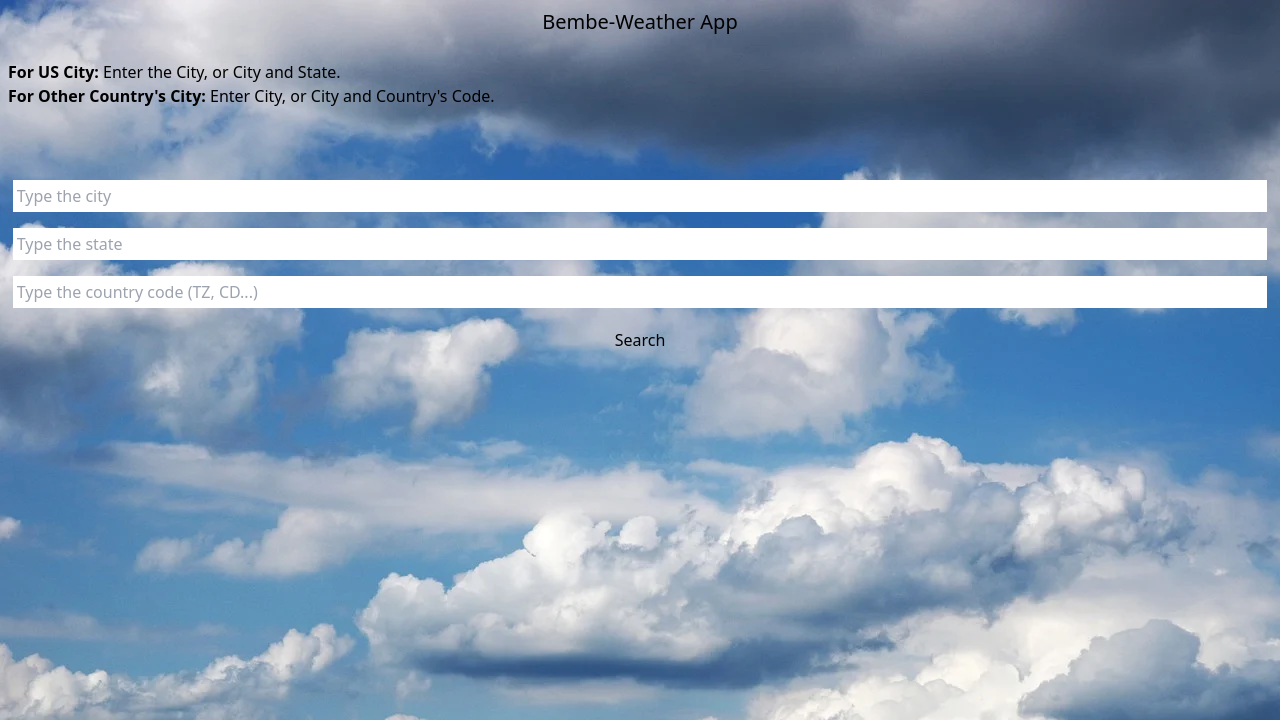
Repository: ShindanoSingi/bembe-weather
Page: /
The author's editor kept a copy of each file at every save. The page is drawn from the files as they stood at one save, then again after the next save.
The browser window is 1280 px wide. The pictures show the whole page.
The page's requests for data from a server got no answer. The project was rebuilt for these pictures with package versions that can differ from the ones it lists, and the page was loaded fresh each time. No one was signed in, and anything a server would have sent is missing.

Above is the page before, as saved 2022-09-14 03:25:05.

After the next save:
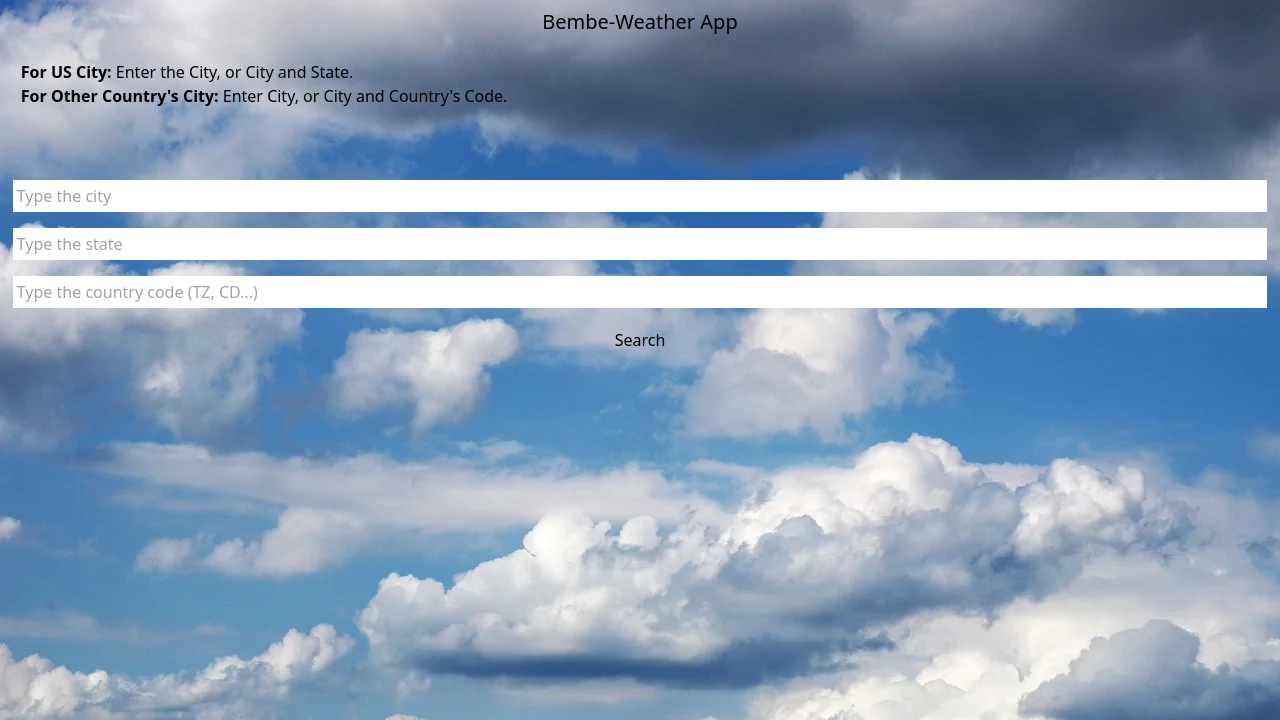
Saved 42 s later.
--- a/src/components/weatherPage.js
+++ b/src/components/weatherPage.js
@@ -68,7 +68,7 @@ const WeatherPage = ({ city, state, country, weatherData }) => {
     <div>
       <h1 className="py-2 text-xl text-center">Bembe-Weather App</h1>
 
-      <div className="px-2 w-[98vw] mt-4 message self-center">
+      <div className="px-2 w-[98vw] mt-4 message mx-[1vw]">
         <strong>For US City: </strong><span>Enter the City, or City and State.</span><br></br>
         <strong>For Other Country's City: </strong><span>Enter City, or City and Country's Code.</span>
       </div>
